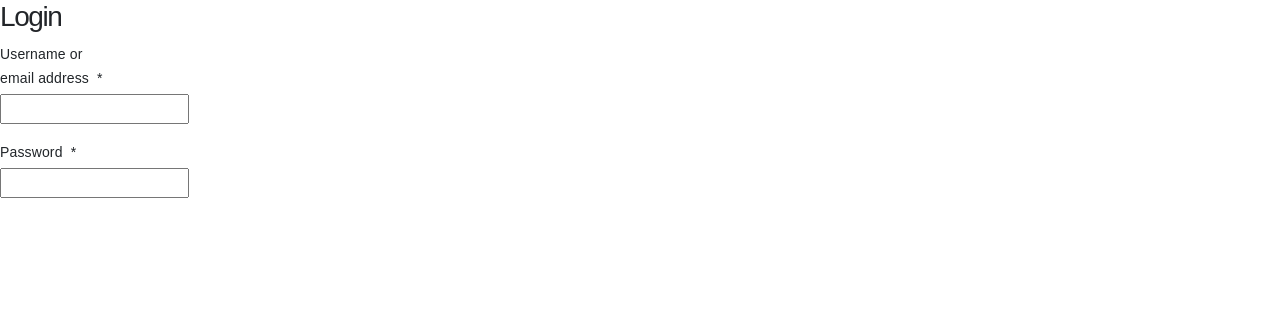
Repository: NguyenDo13/BE2-NhomH
Page: module-20,21/index.html
An editor plug-in stored every save of this project. The page is shown before and after the next save, followed by the edit.
The browser window is 1280 px wide. The pictures show the whole page.

Above is the page before, as saved 2022-05-21 07:24:09.

### module-20,21/index.html
<!DOCTYPE html>
<html lang="en">


<head>
    <meta charset="UTF-8" />
    <meta http-equiv="X-UA-Compatible" content="IE=edge" />
    <meta name="viewport" content="width=device-width, initial-scale=1.0" />
    <link rel="stylesheet" href="index/public/css/style.css" />
    <link rel="stylesheet" href="index/public/css/bootstrap.min.css" />
    <link rel="stylesheet" href="https://cdnjs.cloudflare.com/ajax/libs/font-awesome/6.0.0/css/all.min.css" />
    <title>Document</title>
</head>

<body>
    <div class="maincontainer">
        <div class="remaincontainer">
            <div class="boxcontent">
                <div class="u-columns col2-set">
                    <div class="u-column1 col-1">
                        <form action="" class="formSignin">
                            <h3 class="title-login"> Login </h3>
                            <p class="titleinput-login">
                                <label class="mb-1 font-weight-medium" for="username">Username or email address&nbsp;
                                    <span class="required">*</span>
                                </label>
                                <input type="text" class="input-login" name="username" id="username">
                            </p>
                            <p class="titleinput-login">
                                <label class="mb-1 font-weight-medium" for="password">Password&nbsp;
                                    <span class="required">*</span>
                                </label>
                                <input type="text" class="input-login" name="password" id="password">
                            </p>
                        </form>
                    </div>
                    <div class="u-column2 col-2"></div>
                </div>
            </div>
        </div>
    </div>
</body>

</html>

### module-20,21/index/public/css/style.css
   /*Module 20 21 Tai Em*/

   h3 {
       font: var(--porto-h3-fst, normal) 700 var(--porto-h3-fs, 1.8em)/var(--porto-h3-lh, 32px) "Poppins", sans-serif;
       color: var(--porto-h3-color, #222529);
       letter-spacing: var(--porto-h3-ls, -0.05em);
       margin-bottom: 20px;
   }

   body {
       margin: 0;
       font-family: Poppins, sans-serif;
       font-size: 0.875rem;
       font-weight: 400;
       line-height: 24px;
       color: #777;
       background-color: #fff;
       -webkit-text-size-adjust: 100%;
       -webkit-tap-highlight-color: rgba(0, 0, 0, 0);
   }

   .containerrr {
       width: 100%;
       padding-right: var(--bs-gutter-x, 10px);
       padding-left: var(--bs-gutter-x, 10px);
       margin-right: auto;
       margin-left: auto;
       max-width: none;
   }

   .row {
       --bs-gutter-x: 20px;
       --bs-gutter-y: 0;
       display: flex;
       flex-wrap: wrap;
       margin-top: calc(var(--bs-gutter-y) * -1);
       margin-right: calc(var(--bs-gutter-x) / -2);
       margin-left: calc(var(--bs-gutter-x) / -2);
   }

   .maincontent {
       padding-top: 35px;
       padding-bottom: 40px;
   }

   .content {}

   .align-left {
       text-align: left;
   }

   form {
       display: block;
       margin-top: 0em;
   }

   .textcontent {
       font-size: 22px;
       font-weight: 700;
       letter-spacing: -0.01em;
   }

   .form-row:not(.row) {
       display: block;
       margin-left: 0;
       margin-right: 0;
   }

   .form-row-wide {
       width: 100%;
   }

   .form-row {
       margin-bottom: 15px;
       vertical-align: top;
   }

   .form-row {
       display: flex;
       flex-wrap: wrap;
       margin-right: -5px;
       margin-left: -5px;
   }

   p,
   .porto-u-sub-heading {
       font-family: Poppins, sans-serif;
       font-weight: 400;
       font-size: 14px;
       line-height: 24px;
       letter-spacing: .14px;
   }

   p {
       margin: 0 0 1.25rem;
   }

   p {
       margin-top: 0;
       margin-bottom: 1rem;
   }

   .form-row label {
       display: block;
   }

   .font-weight-medium {
       font-weight: 500;
   }

   .form-row>* {
       max-width: 100%;
   }

Loaded but not shown: module-20,21/index/public/css/bootstrap.min.css (library)

After the next save:
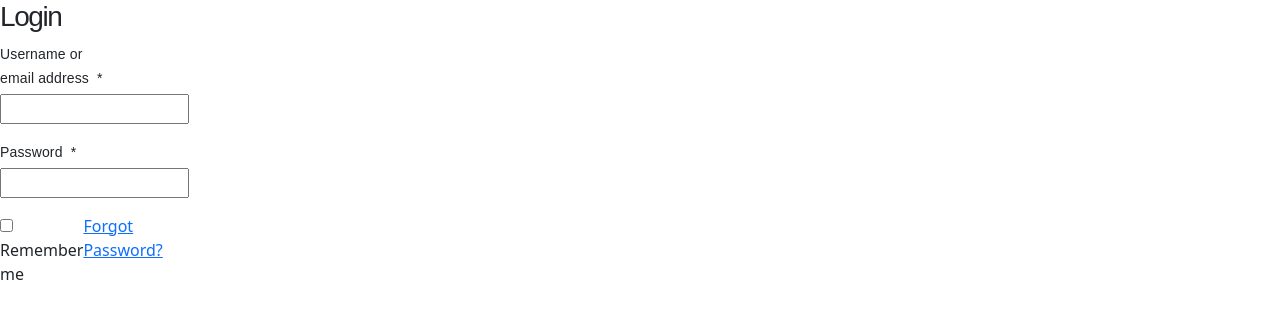
Saved 25 s later.
--- a/module-20,21/index.html
+++ b/module-20,21/index.html
@@ -32,6 +32,13 @@
                                 </label>
                                 <input type="text" class="input-login" name="password" id="password">
                             </p>
+                            <div class="woocommerce-LostPassword lost_password d-flex flex-column flex-sm-row justify-content-between mb-4">
+                                <div class="porto-checkbox my-2 my-sm-0">
+                                    <input type="checkbox" name="rememberme" id="rememberme" value="forever" class="porto-control-input woocommerce-form__input woocommerce-form__input-checkbox">
+                                    <label class="porto-control-label no-radius" for="rememberme">Remember me</label>
+                                </div>
+                                <a href="https://www.portotheme.com/wordpress/porto/shop1/my-account/lost-password/" class="text-v-dark font-weight-semibold">Forgot Password?</a>
+                            </div>
                         </form>
                     </div>
                     <div class="u-column2 col-2"></div>
